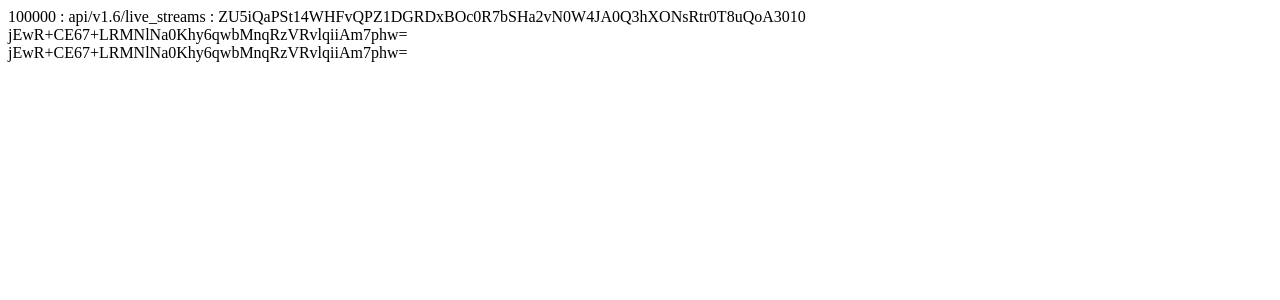
Repository: junhyeongShin/comunity_app
Page: http://localhost/Broadcast/curl copy.php
An editor plug-in stored every save of this project. The page is shown before and after the next save, followed by the edit.
The browser window is 1280 px wide. The pictures show the whole page.
The page is run by PHP 8.4 with error messages shown; the project is at /var/www/html/.

Above is the page before, as saved 2021-05-28 13:42:05.

After the next save:
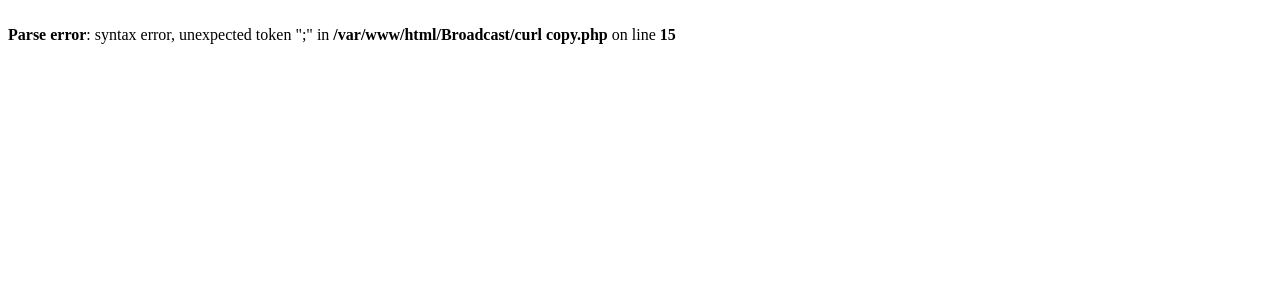
Saved 8 s later.
--- a/Broadcast/curl copy.php
+++ b/Broadcast/curl copy.php
@@ -12,7 +12,7 @@
 echo $hash_key;
 echo '<br>';
 
-$hex = ($hash_key);
+$hex = ;
 
 echo $hex;
 

After the save that followed:
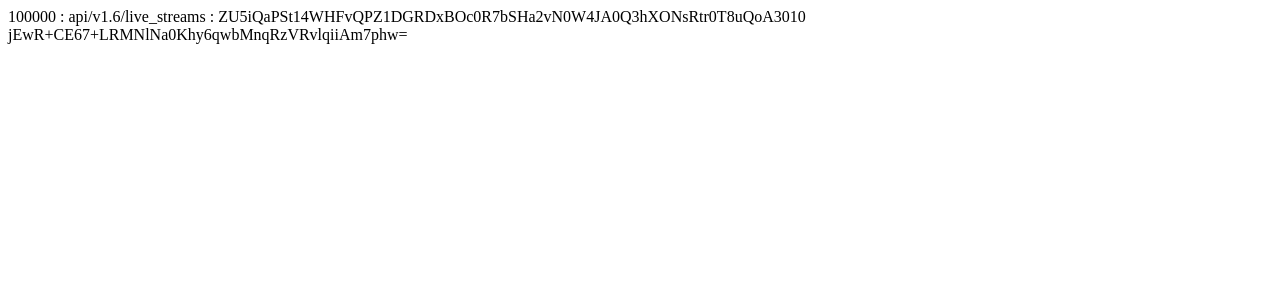
Saved 17 s later.
--- a/Broadcast/curl copy.php
+++ b/Broadcast/curl copy.php
@@ -12,9 +12,5 @@
 echo $hash_key;
 echo '<br>';
 
-$hex = ;
-
-echo $hex;
-
 
 ?>
